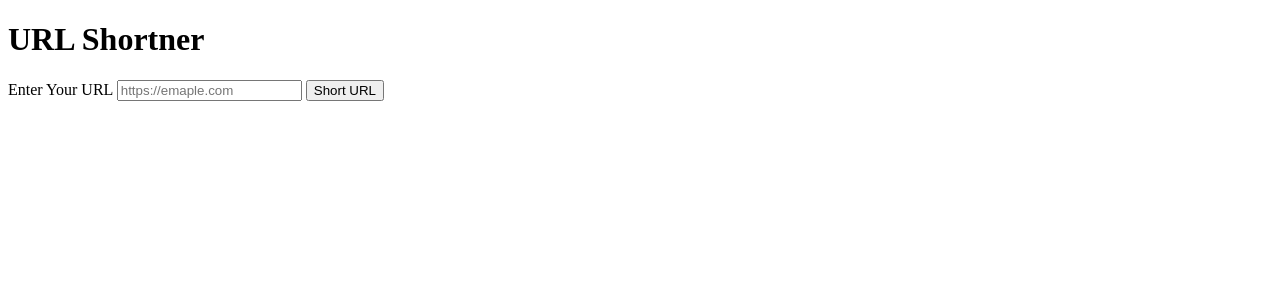
Repository: Mohitkumar1322/URL-Shortner
Page: http://localhost/
These files come from the project's save history. The page is drawn as it stood at one moment and after the next save; the edit follows.
The browser window is 1280 px wide. The pictures show the whole page.
The page is served by the project's Node server (index.js). Other server files are loaded and not shown.

Above is the page before, as saved 2024-07-14 21:05:24.

### views/home.ejs
<!DOCTYPE html>
<html lang="en">
<head>
    <style>
        body{
            font-family: 'Segoe UI', Tahoma, Geneva, Verdana, sans-serif,

        }
    </style>
    <meta charset="UTF-8">
    <meta name="viewport" content="width=device-width, initial-scale=1.0">
    <title>Document</title>
</head>
<body>

    <h1>
       URL Shortner
    </h1>
    <div>
        <form>
            <label>
                Enter Your URL
            </label>
            <input type="text"name="redirectURL" placeholder="https://emaple.com"/>
            <button type="submit">Short URL</button>
        </form>
    </div>


</body>
</html>

### index.js
const express = require('express');
const path = require('path');

const { connectToMongoDB } = require('./connect');
const urlRoute = require('./routes/url');
const { connect } = require('mongoose');
const URL = require('./models/url');
const staticRouter = require('./routes/staticRouter');
const app = express();
const PORT = 8001;

connectToMongoDB('mongodb+srv://mohitkum1352:15364164@urlshortner.xh4pdly.mongodb.net/')
.then(() => console.log('Connected to MongoDB'))
.catch((err) => console.error(err));

app.set("view engine", "ejs");
app.set('views', path.resolve("views"));


app.use(express.json());

app.use("/",staticRouter);



app.get("/test",async(req,res)=>{
    const allUrls = await URL.find({});
    return res.render('home',{
        urls: allUrls,
    });



});
app.use("/url", urlRoute);



app.get('/:shortId', async (req, res) => {
    const shortId = req.params.shortId;
    const entry = await URL.findOneAndUpdate({
        shortId
    },{$push: {
        visitHistory: {timestamp: Date.now()}
    }});
    res.redirect(entry.redirectURL);

    });


app.listen(PORT, () => console.log(`Server is running on port ${PORT}`));

### routes/staticRouter.js
const express = require('express');
const router = express.Router();


router.get('/', (req, res) => {
    return res.render("home");
});
module.exports = router;

### connect.js
const mongoose = require('mongoose');
mongoose.set('strictQuery', true);

async function connectToMongoDB(url) {
    return mongoose.connect(url);
}

module.exports = {
    connectToMongoDB,
};

After the next save:
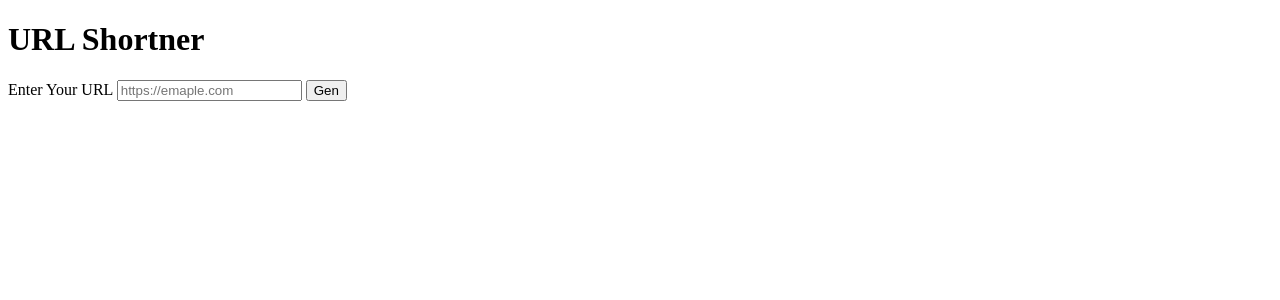
Saved 18 s later.
--- a/views/home.ejs
+++ b/views/home.ejs
@@ -22,7 +22,7 @@
                 Enter Your URL
             </label>
             <input type="text"name="redirectURL" placeholder="https://emaple.com"/>
-            <button type="submit">Short URL</button>
+            <button type="submit">Gen</button>
         </form>
     </div>
 
